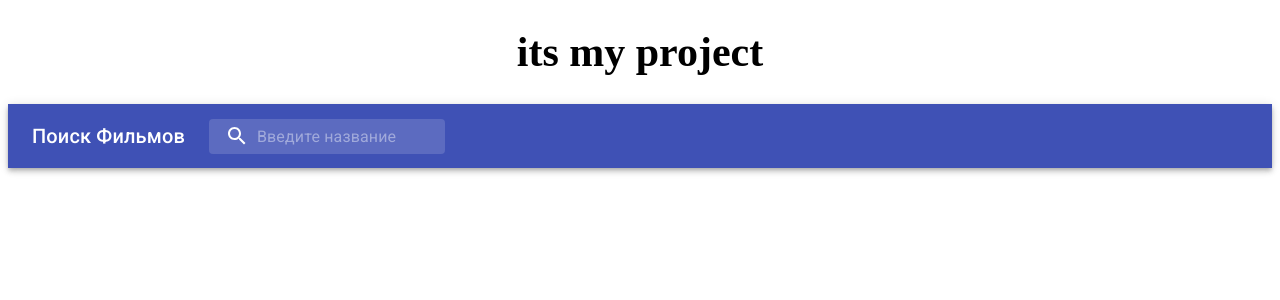
Repository: Hansol46/Films-archive
Page: /
An editor plug-in stored every save of this project. The page is shown before and after the next save, followed by the edit.
The browser window is 1280 px wide. The pictures show the whole page.
The page's requests for data from a server got no answer. The project was rebuilt for these pictures with package versions that can differ from the ones it lists, and the page was loaded fresh each time. No one was signed in, and anything a server would have sent is missing. Also part of the build but not shown: webpack.config.js.

Above is the page before, as saved 2020-09-25 01:22:10.

### src/index.html
<!DOCTYPE html>
<html lang="en">
<head>
    <meta charset="UTF-8">
    <meta name="viewport" content="width=device-width, initial-scale=1.0">
    <title>Search Films</title>
    <link rel="stylesheet" href="https://fonts.googleapis.com/css?family=Roboto:300,400,500,700&display=swap" />
    <link rel="stylesheet" href="https://fonts.googleapis.com/icon?family=Material+Icons" />
</head>
<body>
    <div id='root'>

    </div>
</body>
</html>

### src/index.js
import React from 'react'
import ReactDOM from 'react-dom'
import App from './components/App'


ReactDOM.render(<App />, document.getElementById('root'))

### src/components/App.js
import React from 'react'
import '../styles/App.css'
import PrimarySearchAppBar from './material/nav'
import Search from './Search'


function App () {
    return (
        <div>
            <h1> its my project</h1>
            <PrimarySearchAppBar />
            <Search />
        </div>
    )
}

export default App

### src/styles/App.css
h1 {
    color: black;
    text-align: center;
    font-size: 42px;
}

### src/components/material/nav.js
import React from 'react';
import { fade, makeStyles } from '@material-ui/core/styles';
import AppBar from '@material-ui/core/AppBar';
import Toolbar from '@material-ui/core/Toolbar';
import IconButton from '@material-ui/core/IconButton';
import Typography from '@material-ui/core/Typography';
import InputBase from '@material-ui/core/InputBase';
import Badge from '@material-ui/core/Badge';
import MenuItem from '@material-ui/core/MenuItem';
import Menu from '@material-ui/core/Menu';
import MenuIcon from '@material-ui/icons/Menu';
import SearchIcon from '@material-ui/icons/Search';
import AccountCircle from '@material-ui/icons/AccountCircle';
import MailIcon from '@material-ui/icons/Mail';
import NotificationsIcon from '@material-ui/icons/Notifications';
import MoreIcon from '@material-ui/icons/MoreVert';

const useStyles = makeStyles((theme) => ({
  grow: {
    flexGrow: 1,
  },
  menuButton: {
    marginRight: theme.spacing(2),
  },
  title: {
    display: 'none',
    [theme.breakpoints.up('sm')]: {
      display: 'block',
    },
  },
  search: {
    position: 'relative',
    borderRadius: theme.shape.borderRadius,
    backgroundColor: fade(theme.palette.common.white, 0.15),
    '&:hover': {
      backgroundColor: fade(theme.palette.common.white, 0.25),
    },
    marginRight: theme.spacing(2),
    marginLeft: 0,
    width: '100%',
    [theme.breakpoints.up('sm')]: {
      marginLeft: theme.spacing(3),
      width: 'auto',
    },
  },
  searchIcon: {
    padding: theme.spacing(0, 2),
    height: '100%',
    position: 'absolute',
    pointerEvents: 'none',
    display: 'flex',
    alignItems: 'center',
    justifyContent: 'center',
  },
  inputRoot: {
    color: 'inherit',
  },
  inputInput: {
    padding: theme.spacing(1, 1, 1, 0),
    // vertical padding + font size from searchIcon
    paddingLeft: `calc(1em + ${theme.spacing(4)}px)`,
    transition: theme.transitions.create('width'),
    width: '100%',
    [theme.breakpoints.up('md')]: {
      width: '20ch',
    },
  },
  sectionDesktop: {
    display: 'none',
    [theme.breakpoints.up('md')]: {
      display: 'flex',
    },
  },
  sectionMobile: {
    display: 'flex',
    [theme.breakpoints.up('md')]: {
      display: 'none',
    },
  },
}));

export default function PrimarySearchAppBar() {
  const classes = useStyles();
  const [anchorEl, setAnchorEl] = React.useState(null);
  const [mobileMoreAnchorEl, setMobileMoreAnchorEl] = React.useState(null);

  const isMenuOpen = Boolean(anchorEl);
  const isMobileMenuOpen = Boolean(mobileMoreAnchorEl);

  const handleProfileMenuOpen = (event) => {
    setAnchorEl(event.currentTarget);
  };

  const handleMobileMenuClose = () => {
    setMobileMoreAnchorEl(null);
  };

  const handleMenuClose = () => {
    setAnchorEl(null);
    handleMobileMenuClose();
  };

  const handleMobileMenuOpen = (event) => {
    setMobileMoreAnchorEl(event.currentTarget);
  };

  const menuId = 'primary-search-account-menu';
  const renderMenu = (
    <Menu
      anchorEl={anchorEl}
      anchorOrigin={{ vertical: 'top', horizontal: 'right' }}
      id={menuId}
      keepMounted
      transformOrigin={{ vertical: 'top', horizontal: 'right' }}
      open={isMenuOpen}
      onClose={handleMenuClose}
    >
      <MenuItem onClick={handleMenuClose}>Profile</MenuItem>
      <MenuItem onClick={handleMenuClose}>My account</MenuItem>
    </Menu>
  );

  const mobileMenuId = 'primary-search-account-menu-mobile';
  const renderMobileMenu = (
    <Menu
      anchorEl={mobileMoreAnchorEl}
      anchorOrigin={{ vertical: 'top', horizontal: 'right' }}
      id={mobileMenuId}
      keepMounted
      transformOrigin={{ vertical: 'top', horizontal: 'right' }}
      open={isMobileMenuOpen}
      onClose={handleMobileMenuClose}
    >
      <MenuItem>
        <IconButton aria-label="show 4 new mails" color="inherit">
          <Badge badgeContent={4} color="secondary">
            <MailIcon />
          </Badge>
        </IconButton>
        <p>Messages</p>
      </MenuItem>
      <MenuItem>
        <IconButton aria-label="show 11 new notifications" color="inherit">
          <Badge badgeContent={11} color="secondary">
            <NotificationsIcon />
          </Badge>
        </IconButton>
        <p>Notifications</p>
      </MenuItem>
      <MenuItem onClick={handleProfileMenuOpen}>
        <IconButton
          aria-label="account of current user"
          aria-controls="primary-search-account-menu"
          aria-haspopup="true"
          color="inherit"
        >
          <AccountCircle />
        </IconButton>
        <p>Profile</p>
      </MenuItem>
    </Menu>
  );

  return (
    <div className={classes.grow}>
      <AppBar position="static">
        <Toolbar>
          {/* <IconButton
            edge="start"
            className={classes.menuButton}
            color="inherit"
            aria-label="open drawer"
          >
            <MenuIcon />
          </IconButton> */}
          <Typography className={classes.title} variant="h6" noWrap>
            Поиск Фильмов
          </Typography>
          <div className={classes.search}>
            <div className={classes.searchIcon}>
              <SearchIcon />
            </div>
            <InputBase
              placeholder="Введите название"
              classes={{
                root: classes.inputRoot,
                input: classes.inputInput,
              }}
              inputProps={{ 'aria-label': 'search' }}
            />
          </div>
          <div className={classes.grow} />
          <div className={classes.sectionDesktop}>
            {/* <IconButton aria-label="show 4 new mails" color="inherit">
              <Badge badgeContent={4} color="secondary">
                <MailIcon />
              </Badge>
            </IconButton>
            <IconButton aria-label="show 17 new notifications" color="inherit">
              <Badge badgeContent={17} color="secondary">
                <NotificationsIcon />
              </Badge>
            </IconButton>
            <IconButton
              edge="end"
              aria-label="account of current user"
              aria-controls={menuId}
              aria-haspopup="true"
              onClick={handleProfileMenuOpen}
              color="inherit"
            >
              <AccountCircle />
            </IconButton>
          </div>
          <div className={classes.sectionMobile}>
            <IconButton
              aria-label="show more"
              aria-controls={mobileMenuId}
              aria-haspopup="true"
              onClick={handleMobileMenuOpen}
              color="inherit"
            >
              <MoreIcon />
            </IconButton> */}
          </div>
        </Toolbar>
      </AppBar>
      {renderMobileMenu}
      {renderMenu}
    </div>
  );
}

### src/components/Search.js
import React, { useEffect, useState } from 'react'

function Search() {

    const [state, setState] = useState([]);

    useEffect(() => {
        const APIurl = 'http://www.omdbapi.com/?i=tt3896198&apikey=480344f1'
        fetch(APIurl)
            .then(response => response.json())
            .then(json => setState(json))
    }, [])

    // http://www.omdbapi.com/?t=inception&y=&plot=short&r=json

    return(
        <div>
            {state.Title}
            <br></br>
            {state.Year}
            <br></br>
            <img src={state.Poster}/>
        </div>

    )


}
export default Search

After the next save:
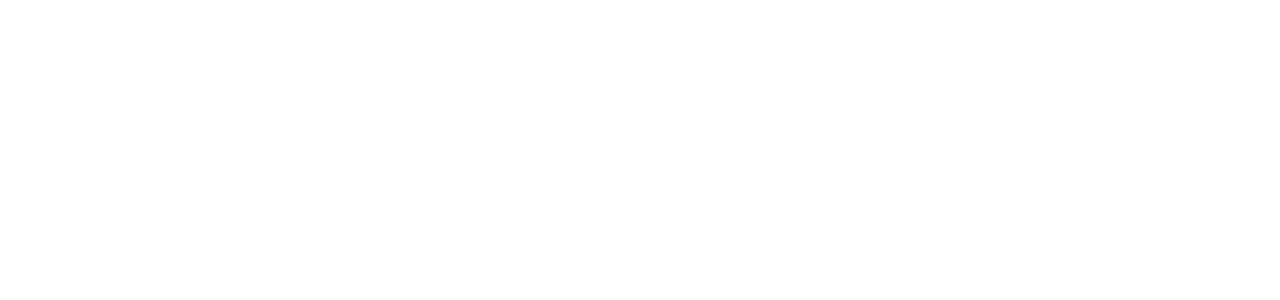
Console error: ReferenceError: Container is not defined
Saved 92 s later.
--- a/src/components/App.js
+++ b/src/components/App.js
@@ -7,9 +7,12 @@
 function App () {
     return (
         <div>
+            <Container maxWidth="sm">
+
             <h1> its my project</h1>
             <PrimarySearchAppBar />
             <Search />
+            </Container>
         </div>
     )
 }

After the save that followed:
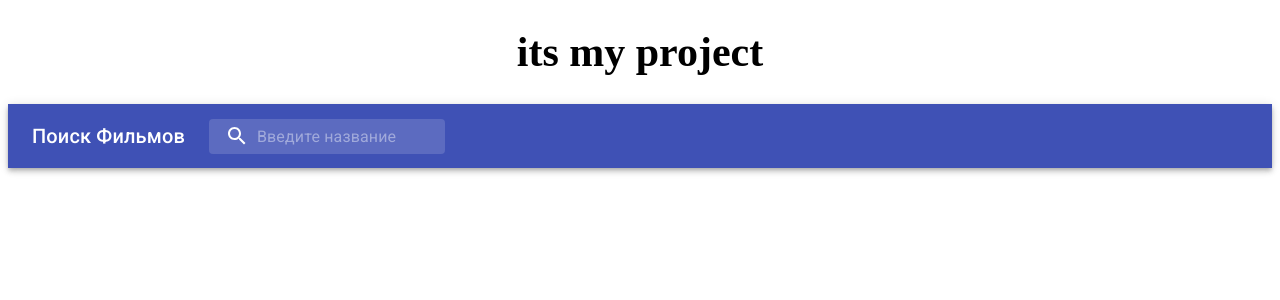
The error is gone.
Saved 27 s later.
--- a/src/components/App.js
+++ b/src/components/App.js
@@ -7,12 +7,12 @@
 function App () {
     return (
         <div>
-            <Container maxWidth="sm">
+            {/* <Container maxWidth="sm"> */}
 
             <h1> its my project</h1>
             <PrimarySearchAppBar />
             <Search />
-            </Container>
+            {/* </Container> */}
         </div>
     )
 }
